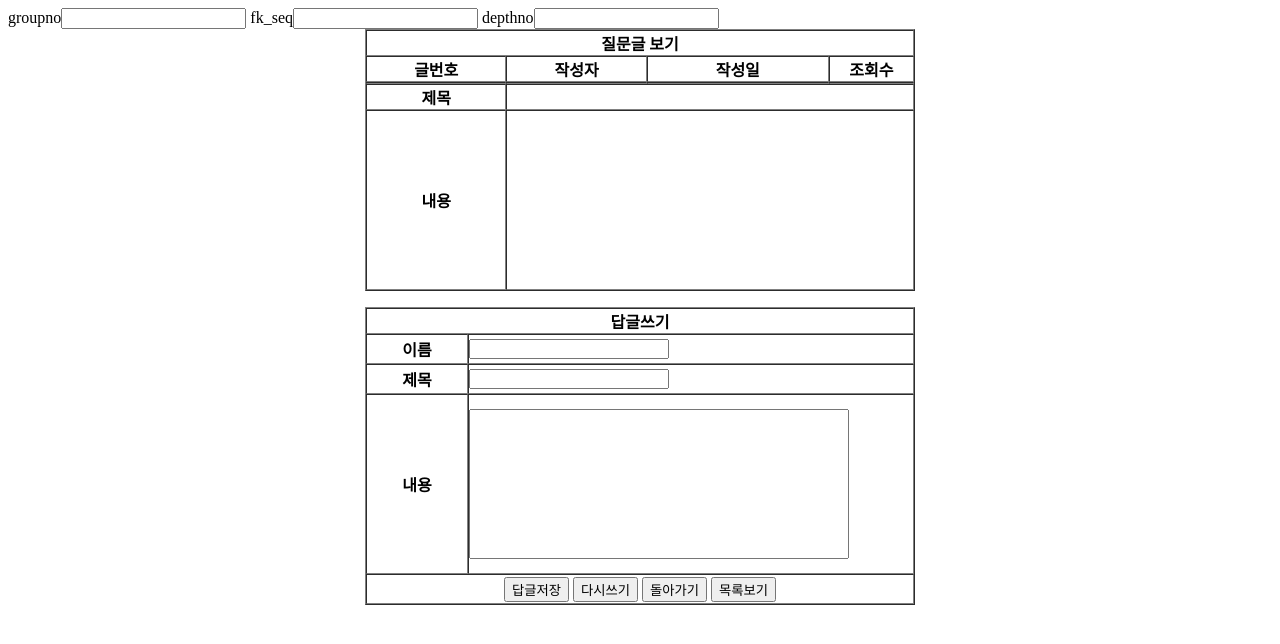
Repository: xx10222/STS_MVC2_Board
Page: http://localhost/project2/WEB-INF/views/board/replyView.jsp
An editor plug-in stored every save of this project. The page is shown before and after the next save, followed by the edit.
The browser window is 1280 px wide. The pictures show the whole page.
Some web libraries are served in a nearby version. The page is served by Tomcat 9. Nobody is signed in. The template is opened directly, without the code that normally fills it, so the values that code supplies are empty.

Above is the page before, as saved 2020-05-27 10:48:23.

After the next save:
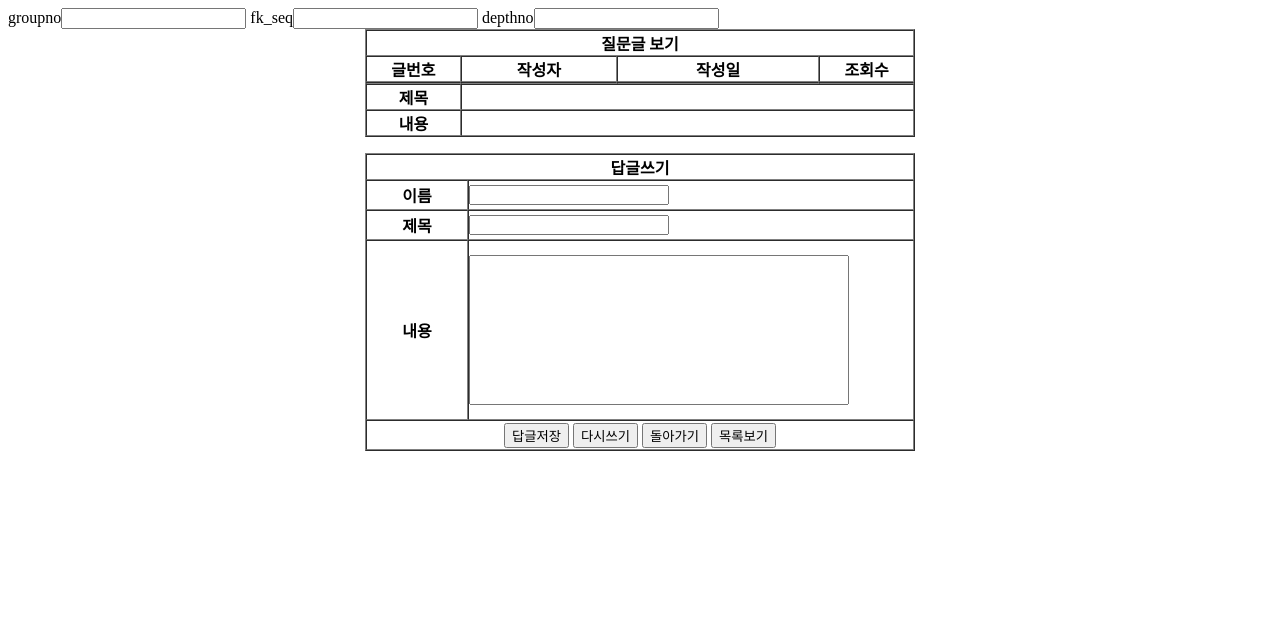
Saved 63 s later.
--- a/project2/src/main/webapp/WEB-INF/views/board/replyView.jsp
+++ b/project2/src/main/webapp/WEB-INF/views/board/replyView.jsp
@@ -87,7 +87,7 @@
                         </td>
                      </tr>
                      <tr>
-                        <th align="center" width="100" height="180">내용</th>
+                        <th>내용</th>
                        <td colspan = "3">
                            <c:out value=" ${reply.content}"/>
                         </td>
